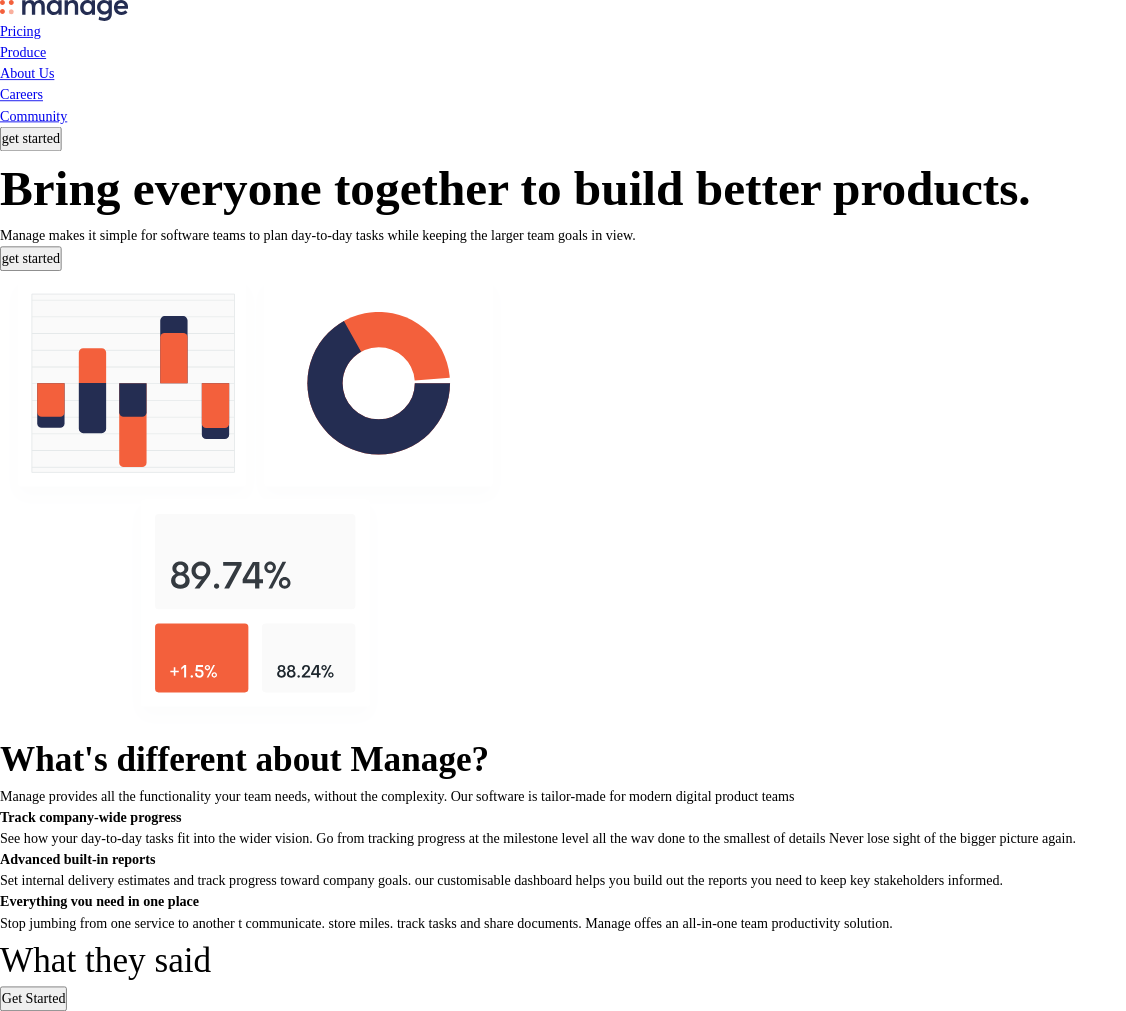
Repository: anthonybrown/website-practice
Page: index.html
An editor plug-in stored every save of this project. The page is shown before and after the next save, followed by the edit.
The browser window is 1280 px wide. The pictures show the whole page, at 88% of full size.

Above is the page before, as saved 2023-04-18 13:33:05.

After the next save:
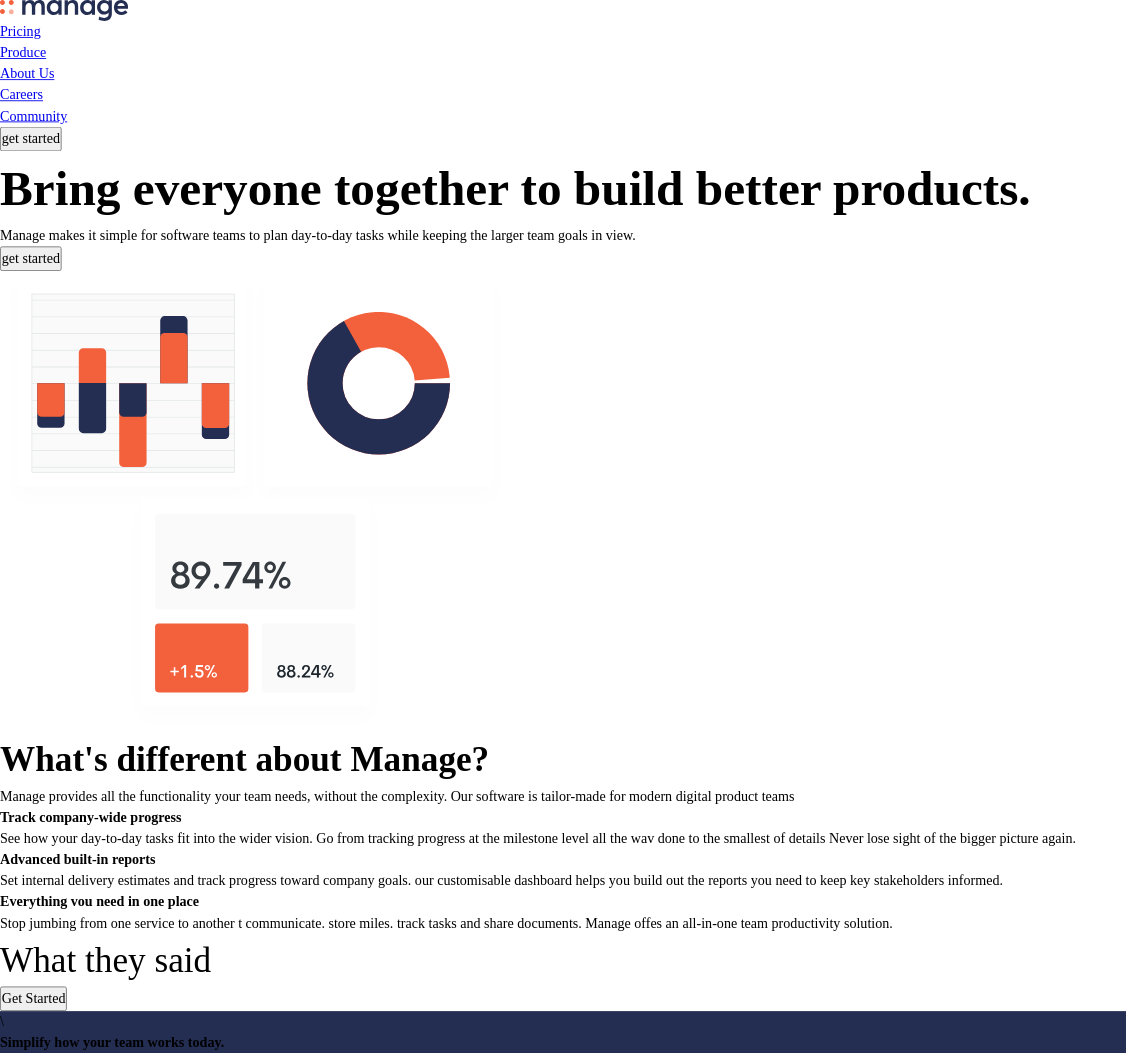
Saved 107 s later.
--- a/index.html
+++ b/index.html
@@ -102,7 +102,9 @@
     </section>
 
     <section class="cta | bg-primary-400 text-neutral-400">
-
+      <div class="container">\
+        <p class="fs-secondary fw-bold">Simplify how your team works today.</p>
+      </div>
     </section>
   </main>
 
